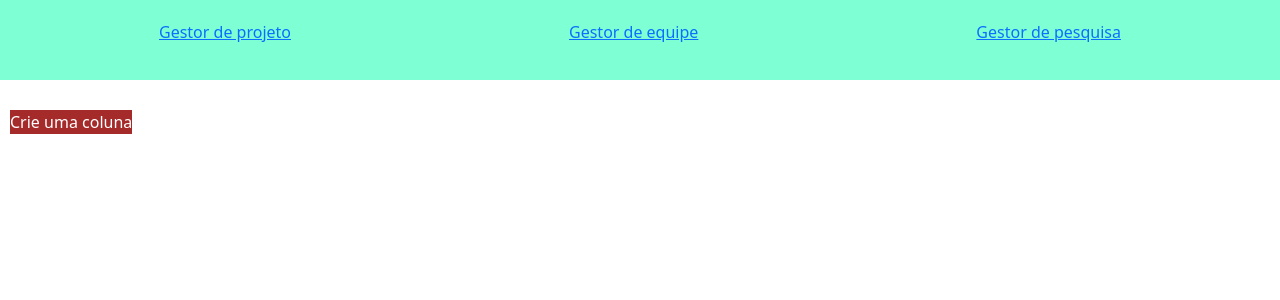
Repository: shadowruge/kanban
Page: index.html
These files come from the project's save history. The page is drawn as it stood at one moment and after the next save; the edit follows.
The browser window is 1280 px wide. The pictures show the whole page.

Above is the page before, as saved 2021-06-12 20:55:20.

### index.html
<!DOCTYPE html>
<html lang="en">
  <head>
    <meta charset="UTF-8" />
    <meta http-equiv="X-UA-Compatible" content="IE=edge" />
    <meta name="viewport" content="width=device-width, initial-scale=1.0" />
    <script src="https://cdn.jsdelivr.net/npm/@popperjs/core@2.9.2/dist/umd/popper.min.js" integrity="sha384-IQsoLXl5PILFhosVNubq5LC7Qb9DXgDA9i+tQ8Zj3iwWAwPtgFTxbJ8NT4GN1R8p" crossorigin="anonymous"></script>
<script src="https://cdn.jsdelivr.net/npm/bootstrap@5.0.1/dist/js/bootstrap.min.js" integrity="sha384-Atwg2Pkwv9vp0ygtn1JAojH0nYbwNJLPhwyoVbhoPwBhjQPR5VtM2+xf0Uwh9KtT" crossorigin="anonymous"></script>

    <script src="https://cdn.jsdelivr.net/npm/bootstrap@5.0.1/dist/js/bootstrap.bundle.min.js" integrity="sha384-gtEjrD/SeCtmISkJkNUaaKMoLD0//ElJ19smozuHV6z3Iehds+3Ulb9Bn9Plx0x4" crossorigin="anonymous"></script>
    <link href="https://cdn.jsdelivr.net/npm/bootstrap@5.0.1/dist/css/bootstrap.min.css" rel="stylesheet" integrity="sha384-+0n0xVW2eSR5OomGNYDnhzAbDsOXxcvSN1TPprVMTNDbiYZCxYbOOl7+AMvyTG2x" crossorigin="anonymous">
    <link rel="stylesheet" href="style.css" />

    <title id="Description">Shadow Kanban</title>
  </head>
  <header>
    <nav class="nav">
      <p><a href="#">Gestor de projeto</a></p>
      <p><a href="#">Gestor de equipe</a></p>
      <p><a href="#">Gestor de pesquisa</a></p>

    </nav>
  </header>
  <body>

    <!--botão-->
    <button onclick="myFunction()">Crie uma coluna</button>


  <div class="Linha" style="width:600px;">
    <!-- RECEBE DIVS DINAMICAS -->
    </div>

  </body>
  <script>
    function myFunction() {
      var x = document.createElement("textarea");
      var t = document.createTextNode("Click me");
      x.appendChild(t);
      document.body.appendChild(x);
    }
  </script>
</html>

### style.css
/* setando html */
* {

  margin: 0;
  padding: 0;
  border: 0;

}

/* nav confi fora da tag body */

.nav {

  background-color:aquamarine;
  padding: 20px;
  flex-wrap: wrap;
  display: flex;
  justify-content: space-around;

}

  button {


    color: white;
    background-color: brown;
    margin-top: 30px;
    margin-left: 10px;

  }

  .textarea{
    border-color: brown;
  }

After the next save:
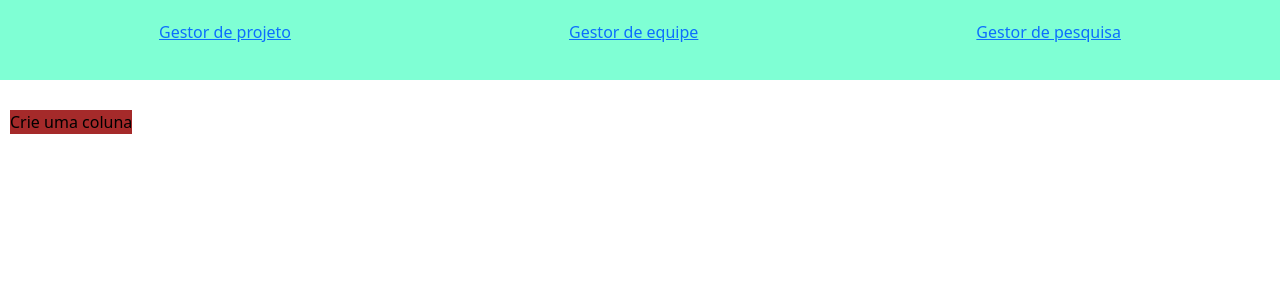
Saved 4 s later.
--- a/style.css
+++ b/style.css
@@ -21,7 +21,7 @@
 
   button {
 
-
+    b
     color: white;
     background-color: brown;
     margin-top: 30px;

After the 3 saves that followed:
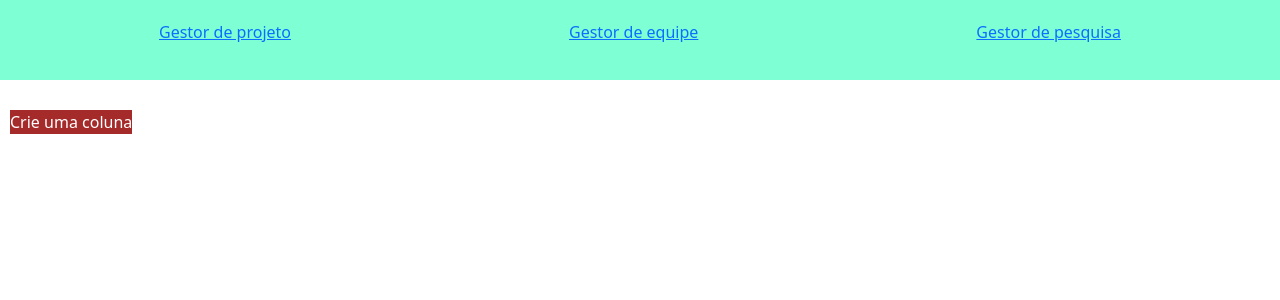
The 3 saves are shown as one change because 2 left the picture as it was.
The last was saved 16 s later.
--- a/style.css
+++ b/style.css
@@ -21,7 +21,7 @@
 
   button {
 
-    b
+    bootstrap:;
     color: white;
     background-color: brown;
     margin-top: 30px;
